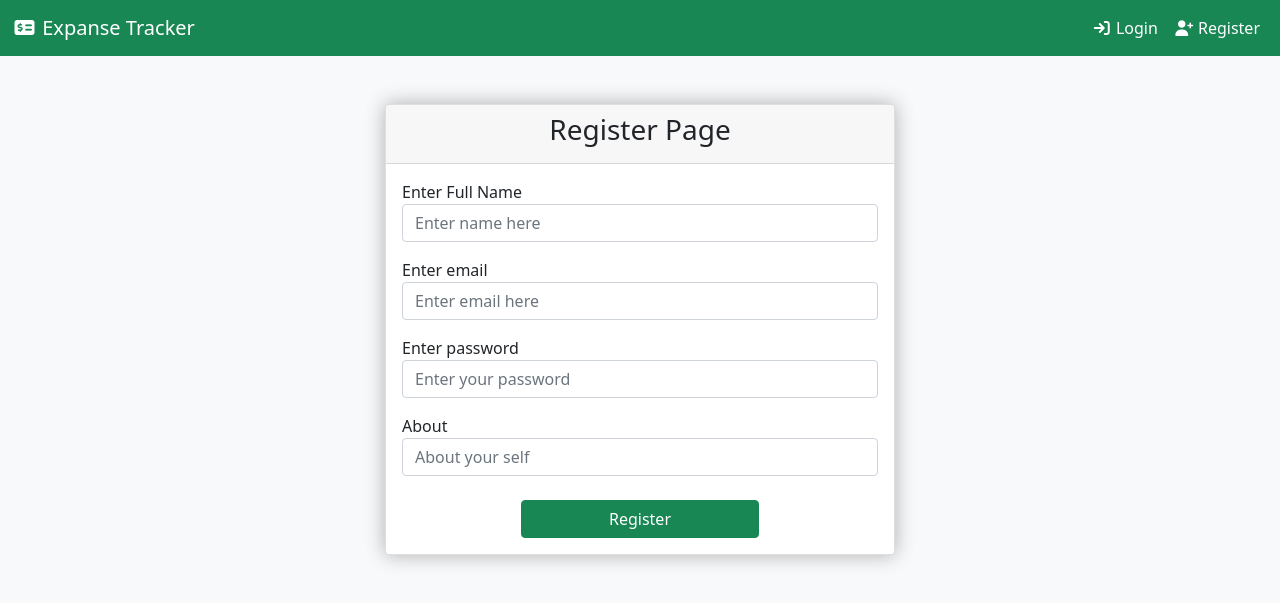
Repository: Hashim-Ansari-82/Java_Project
Page: http://localhost/Online_Expanse_Tracker/register.jsp
An editor plug-in stored every save of this project. The page is shown before and after the next save, followed by the edit.
The browser window is 1280 px wide. The pictures show the whole page.
Some web libraries are served in a nearby version. The page is served by Tomcat 9. Other server files are loaded and not shown.

Above is the page before, as saved 2026-05-31 11:24:31.

### Online_Expanse_Tracker/src/main/webapp/register.jsp
<%@ page language="java" contentType="text/html; charset=UTF-8"
	pageEncoding="UTF-8"%>
<%@ taglib prefix="c" uri="http://java.sun.com/jsp/jstl/core"%>
<%@page isELIgnored="false"%>
<!DOCTYPE html>
<html>
<head>
<meta charset="UTF-8">
<title>Register Page</title>
<%@ include file="component/all_css_js.jsp"%>
<style type="text/css">
.card-sh {
	box-shadow: 0 0 20px rgba(0, 0, 0, 0.3);
	/* box-shadow: 0px 0px 10px gray; */
}
</style>
</head>
<body class="bg-light">
	<%@ include file="component/navbar.jsp"%>
	<div class="container p-5">
		<div class="row">
			<div class="col-md-6 offset-md-3">
				<div class="card card-sh">
					<div class="card-header">
						<h1 class="text-center fs-3">
							Register Page
							<c:if test="${not empty msg}">
								<p class="text-center text-primary fw-bold fs-4">${msg}</p>
								<c:remove var="msg" />
							</c:if>
						</h1>
					</div>
					<div class="card-body">
						<form method="post" action="userRegister">
							<div class="mb-3">
								<label>Enter Full Name</label> <input type="name"
									name="fullName" class="form-control"
									placeHolder="Enter name here">
							</div>
							<div class="mb-3">
								<label>Enter email</label> <input type="name" name="email"
									class="form-control" placeHolder="Enter email here">
							</div>
							<div class="mb-3">
								<label>Enter password</label> <input type="password"
									name="password" class="form-control"
									placeHolder="Enter your password">
							</div>
							<div class="mb-3">
								<label>About</label> <input type="about" name="about"
									class="form-control" placeHolder="About your self">
							</div>
							<div class="text-center mt-4">
								<button type="register" class="btn btn-success col-md-6">Register</button>
							</div>
						</form>
					</div>
				</div>
			</div>
		</div>
	</div>
</body>
</html>

### Online_Expanse_Tracker/src/main/webapp/component/all_css_js.jsp
<link
	href="https://cdn.jsdelivr.net/npm/bootstrap@5.0.2/dist/css/bootstrap.min.css"
	rel="stylesheet"
	integrity="sha384-EVSTQN3/azprG1Anm3QDgpJLIm9Nao0Yz1ztcQTwFspd3yD65VohhpuuCOmLASjC"
	crossorigin="anonymous">

<link rel="stylesheet"
	href="https://cdnjs.cloudflare.com/ajax/libs/font-awesome/7.0.1/css/all.min.css"
	integrity="sha512-2SwdPD6INVrV/lHTZbO2nodKhrnDdJK9/kg2XD1r9uGqPo1cUbujc+IYdlYdEErWNu69gVcYgdxlmVmzTWnetw=="
	crossorigin="anonymous" referrerpolicy="no-referrer" />

<script
	src="https://cdn.jsdelivr.net/npm/bootstrap@5.0.2/dist/js/bootstrap.bundle.min.js"
	integrity="sha384-MrcW6ZMFYlzcLA8Nl+NtUVF0sA7MsXsP1UyJoMp4YLEuNSfAP+JcXn/tWtIaxVXM"
	crossorigin="anonymous">
</script>

### Online_Expanse_Tracker/src/main/webapp/component/navbar.jsp
<%@ taglib prefix="c" uri="http://java.sun.com/jsp/jstl/core"%>
<%@page isELIgnored="false"%>
<nav class="navbar navbar-expand-lg navbar-dark bg-success">

	<div class="container-fluid">
		<a class="navbar-brand" href="index.jsp"><i
			class="fa-solid fa-money-check-dollar"></i> Expanse Tracker</a>
		<button class="navbar-toggler" type="button" data-bs-toggle="collapse"
			data-bs-target="#navbarSupportedContent"
			aria-controls="navbarSupportedContent" aria-expanded="false"
			aria-label="Toggle navigation">
			<span class="navbar-toggler-icon"></span>
		</button>

		<div class="collapse navbar-collapse" id="navbarSupportedContent">
			<ul class="navbar-nav me-auto mb-2 mb-lg-0">

				<c:if test="${not empty loginUser}">
					<li class="nav-item"><a class="nav-link active"
						aria-current="page" href="index.jsp" href="index.jsp"> <i
							class="fa-solid fa-house"></i> Home
					</a></li>
				</c:if>
				<c:if test="${not empty loginUser}">
					<ul class="navbar-nav ms-auto mb-2 mb-lg-0">
						<li class="nav-item"><a class="nav-link active"
							href="add_expense.jsp"> <i class="fa-solid fa-circle-plus"></i>
								Add Expense
						</a></li>
						<li class="nav-item"><a class="nav-link active"
							href="../viewExpanse"><i class="fa-solid fa-list-ul"></i>
								View Expense </a></li>
					</ul>
				</c:if>
			</ul>

			<c:if test="${not empty loginUser}">
				<ul class="navbar-nav ms-auto mb-2 mb-lg-0">
					<li class="nav-item"><a class="nav-link active"
						href="showuser.jsp"> <i class="fa-regular fa-circle-user"></i>
							${loginUser.name}
					</a></li>
					<li class="nav-item"><a class="nav-link active"
						href="../logout"> <i
							class="fa-solid fa-arrow-right-to-bracket"></i> logout
					</a></li>
				</ul>
			</c:if>

			<c:if test="${empty loginUser}">
				<ul class="navbar-nav ms-auto mb-2 mb-lg-0">
					<li class="nav-item"><a class="nav-link active"
						href="login.jsp"> <i
							class="fa-solid fa-arrow-right-to-bracket"></i> Login
					</a></li>
					<li class="nav-item"><a class="nav-link active"
						href="register.jsp"> <i class="fa-solid fa-user-plus"></i>
							Register
					</a></li>
				</ul>
			</c:if>
		</div>
	</div>
</nav>

After the next save:
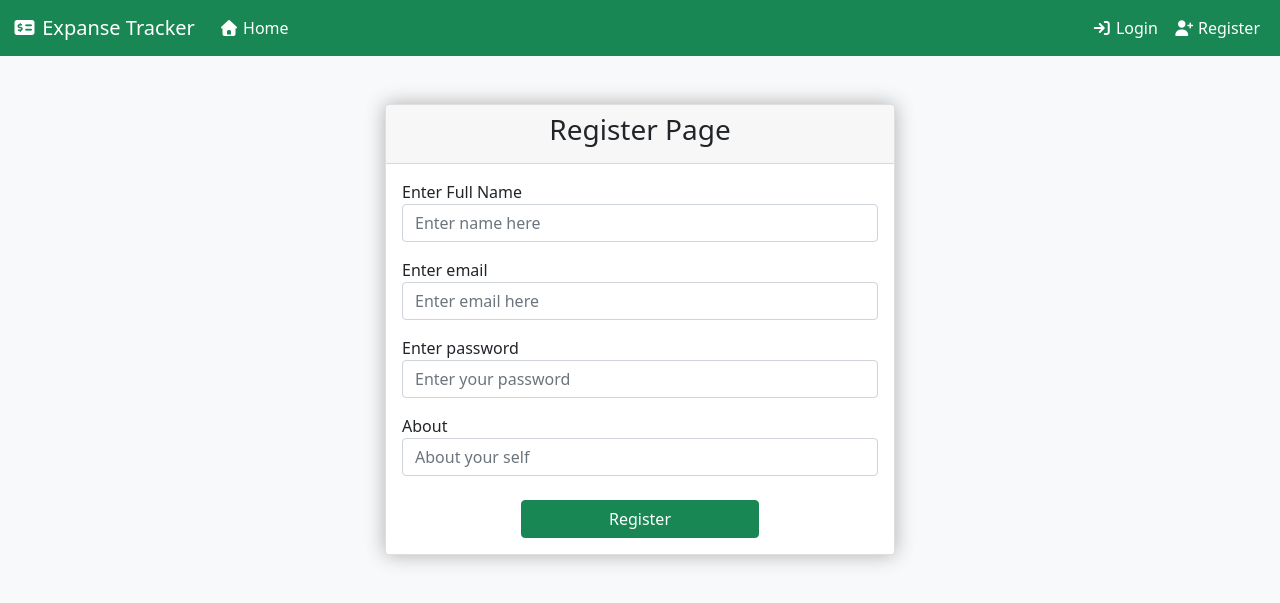
Saved 6 s later.
--- a/Online_Expanse_Tracker/src/main/webapp/component/navbar.jsp
+++ b/Online_Expanse_Tracker/src/main/webapp/component/navbar.jsp
@@ -15,7 +15,7 @@
 		<div class="collapse navbar-collapse" id="navbarSupportedContent">
 			<ul class="navbar-nav me-auto mb-2 mb-lg-0">
 
-				<c:if test="${not empty loginUser}">
+				<c:if test="${empty loginUser}">
 					<li class="nav-item"><a class="nav-link active"
 						aria-current="page" href="index.jsp" href="index.jsp"> <i
 							class="fa-solid fa-house"></i> Home
